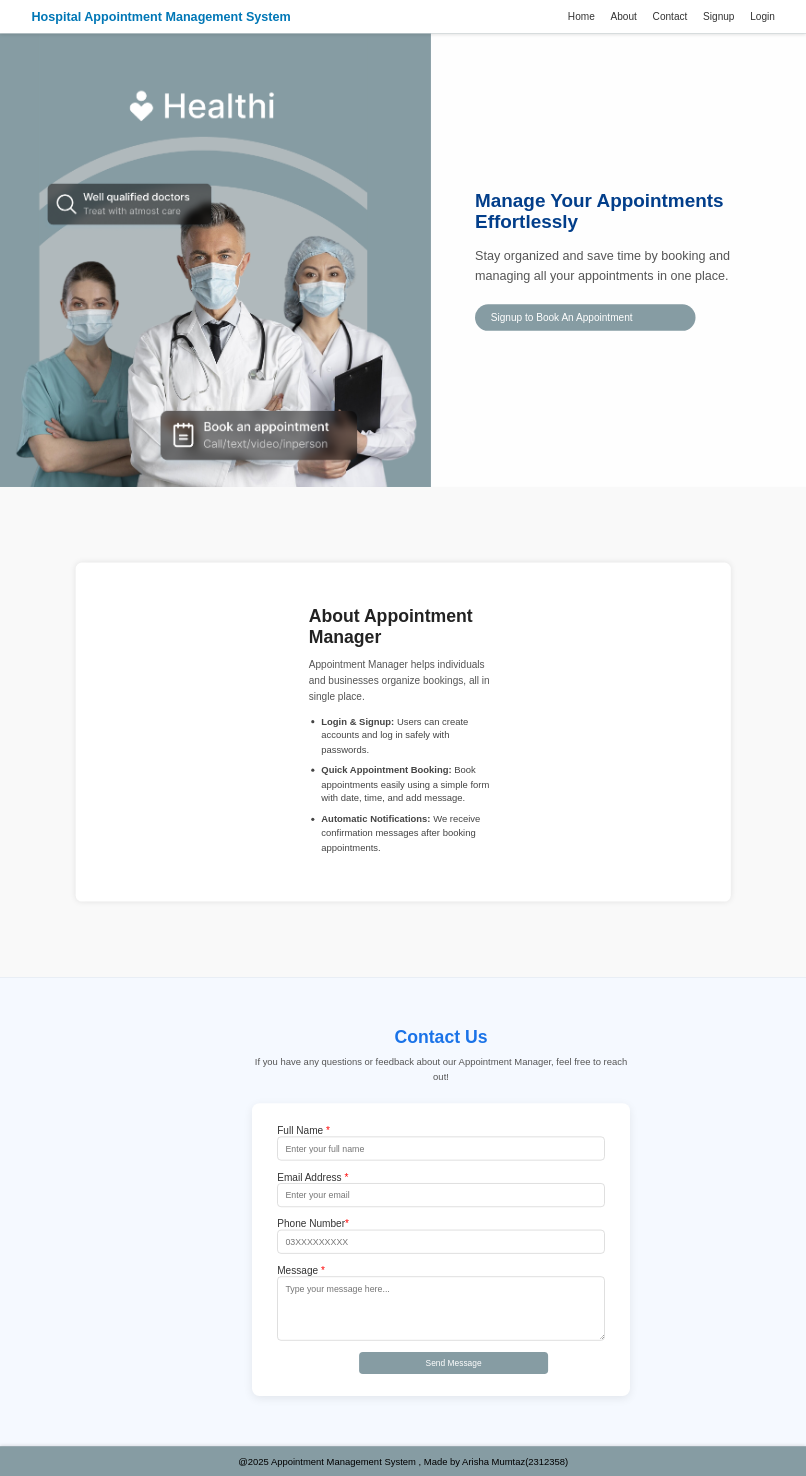
Repository: Arisha004/hospital-management-midterm-
Page: http://localhost/landingpage.html
These files come from the project's save history. The page is drawn as it stood at one moment and after a run of saves; the edit follows.
The browser window is 1280 px wide. The pictures show the whole page, at 63% of full size.
The page is run by PHP 8.4 with error messages shown; the project is at /var/www/html/.

Above is the page before, as saved 2025-11-02 20:41:51.

### landingpage.html

<html>
<head>
  <title>Appointment Management System</title>
  <link rel="stylesheet" href="style.css">
  <style>
  .container1 { width: 22%;margin: 40px auto; background: #fff; padding: 20px; border-radius: 8px; box-shadow: 0 0 10px rgba(0,0,0,0.1); }
  h2 {  color: #007bff; }
    button{
  display: inline-block;
  background-color: #869CA3;
  color: #fff;
  padding: 10px 22px;
  border: none;
  border-radius: 6px;
  cursor: pointer;
  font-weight: 500;
  transition: 0.3s;
   text-align: center;
}


button:hover {
  background-color: #7498a3;
}
a{
  color: white;
  text-decoration: none;
}
  </style>
</head>
<body>
  <header class="navbar">
    <div class="logo">Hospital Appointment Management System</div>
    <nav>
      <ul>
        <li><a href="#landing">Home</a></li>
        <li><a href="about.html">About</a></li>
        <li><a href="contact.html">Contact</a></li>
        <li><a href="signup.php">Signup</a></li>
        <li><a href="login.php">Login</a></li>

      </ul>
    </nav>
  </header>


  <section class="landing">
      <div class="right"></div>
    <div class="left">
      <h1>Manage Your Appointments Effortlessly</h1>
      <p>Stay organized and save time by booking and managing all your appointments in one place.</p>
      <a href="signup.php" class="btn">Signup to Book An Appointment</a>
    </div>

  </section>



  <section id="about" class="about">
    <div class="container about-inner">
      <div class="about-content">
        <h2>About Appointment Manager</h2>
        <p>Appointment Manager helps individuals and businesses organize bookings, all in single place.</p>
        <ul class="features">
              <li><strong> Login & Signup:</strong> Users can create accounts and log in safely with  passwords.</li>
<li><strong>Quick Appointment Booking:</strong> Book appointments easily using a simple form with date, time, and add message.</li>
<li><strong>Automatic Notifications:</strong> We receive confirmation messages after booking appointments.</li>

        </ul>
      </div>
    </div>
  </section>

<section id="contact" class="contact">
    <div class="container contact-inner">
      <h2>Contact Us</h2>
      <p>If you have any questions or feedback about our Appointment Manager, feel free to reach out!</p>

      <form action="insertcontactform.php" method="post" class="contact-form">
        <div class="form-group">
          <label>Full Name <span>*</span></label>
          <input type="text" id="name" name="name" placeholder="Enter your full name" pattern="^[A-Za-z]{3,}( [A-Za-z]+)?$" title="Full name should contain only letters and spaces, and must be at least 3 characters long.">

        </div>

        <div class="form-group">
          <label>Email Address <span>*</span></label>
          <input type="email" id="email" name="email" placeholder="Enter your email" title="Please enter a valid email address, e.g. example@gmail.com." required>
        </div>

        <div class="form-group">
          <label>Phone Number<span>*</span></label>
          <input type="tel" id="phone" name="phone" placeholder="03XXXXXXXXX" required pattern="[0-9]{11}" title="Enter 11-digit number only">
        </div>

        <div class="form-group">
          <label>Message <span>*</span></label>
          <textarea id="message" name="message" rows="5" placeholder="Type your message here..." required  pattern=".*\S.*" minlength="10"  title="Message must be at least 10 characters long.Cannot enter only spaces"></textarea>
        </div>

        <button type="submit" class="btn">Send Message</button>
      </form>
    </div>
</section>



  <footer>
    <p> @2025 Appointment Management System , Made by Arisha Mumtaz(2312358)</p>
  </footer>
</body>
</html>

### style.css

* {
  margin: 0;
  padding: 0;
  font-family: 'Poppins', sans-serif;
}

body {
  background: #869CA3;
  color: #333;
}

.about {
  background-color: #f9f9f9;
  padding: 80px 0; /*80px top & bottom, 0 left & right */
}

.about-image img {

  width: 450px;
  border-radius: 10px;
  box-shadow: 0 4px 15px rgba(0,0,0,0.1);
}

.about-content {
  margin-top: 20px;
  width: 300px;
}

.about-content h2 {
  font-size: 28px;
  color: #1a73e8;
  margin-bottom: 15px;
}

.about-content p {
  font-size: 16px;
  color: #555;
  line-height: 1.6;
  margin-bottom: 20px;
}

.features {
  list-style: none;
  padding: 0;
  margin-bottom: 25px;
}

.features li {
  margin-bottom: 10px;
  color: #444;
  font-size: 15px;
  line-height: 1.5;
}



/* Contact Section */
.contact {
  background-color: #f5f9ff;
  padding: 80px 0;
}

.contact-inner {
  width: 600px;
  margin-left: 400PX;
  text-align: center;
}

.contact h2 {
  font-size: 28px;
  color: #1a73e8;
  margin-bottom: 10px;
}

.contact p {
  color: #555;
  margin-bottom: 30px;
  font-size: 15px;
  line-height: 1.6;
}

.contact-form {
  background-color: #fff;
  padding: 35px 40px;
  border-radius: 12px;
  box-shadow: 0 4px 15px rgba(0,0,0,0.08);
  text-align: left;
}

.form-group {
  margin-bottom: 18px;
}

label {
  font-weight: 500;
  margin-bottom: 6px;
  color: #333;
}

label span {
  color: red;
}

input, textarea {
  width: 100%;
  padding: 10px 12px;
  border: 1px solid #ccc;
  border-radius: 6px;
  font-size: 14px;
}



.contact-form .btn {
  display: inline-block;
  background-color: #869CA3;
  color: #fff;
  padding: 10px 22px;
  border: none;
  border-radius: 6px;
  cursor: pointer;
  font-weight: 500;

  margin-left: 130px;
   text-align: center;
}

.contact-form .btn:hover {
  background-color: #7498a3;
}

/* Navbar */
.navbar {
  display: flex;
  justify-content: space-between;
  align-items: center;
  padding: 15px 50px;
  background: #fff;
  box-shadow: 0 2px 5px rgba(0,0,0,0.1);
  position: sticky;
  top: 0;
  z-index: 10;
}

.navbar .logo {
  font-weight: 700;
  font-size: 20px;
  color: #0077b6;
}

.navbar ul {
  display: flex;
  list-style: none;
}

.navbar ul li a {
  text-decoration: none;
  color: #333;
  margin-left: 25px;
}

.navbar ul li a:hover {
  color: #0077b6;
}

/* Split Landing Section */
.landing {
  display: flex; /*makes .landing a flex container.*/
  height: 100vh;
}


  button{

  display: inline-block;
  background-color: #869CA3;
  color: #fff;
  padding: 10px 22px;
  border: none;
  border-radius: 6px;
  cursor: pointer;
  font-weight: 500;

   text-align: center;
}

button:hover {
  background-color: #7498a3;
}
/* Left Text Section */
.landing .left {
  flex: 1;
  width: 50%;
  display: flex;
  flex-direction: column; /*flex-direction: column; → children stack vertically.*/
  justify-content: center;
  padding: 0 70px; /*adds 70px space on left and right (inner spacing).*/
  background: #fefefe;
}


.landing .left h1 {
  font-size: 30px;
  color: #023e8a;
  margin-bottom: 20px;
}

.landing .left p {
  font-size: 20px;
  color: #555;
  margin-bottom: 30px;
  line-height: 1.6;
}

.btn {
  background: #869CA3;
  color: #fff;
  padding: 12px 25px;
  border-radius: 30px;
  text-decoration: none;
  font-weight: 300;
  transition: 0.3s;
  width: 300px;
}

.btn:hover {
  background: #7498a3;
}

/* Right Image Section */
.landing .right {
  flex: 1.5;
  background:url(images/pic1.png);
  background-repeat: no-repeat;
  background-size: cover;
  position: relative;
}





.form1-container {
  width: 520px;
  margin: 80px auto;
  background: white;
  padding: 20px;
  border-radius: 8px;
  box-shadow: 0 0 5px gray; /*box-shadow: horizontal-offset vertical-offset blur-radius color;*/
/*his shadow is directly behind the element, slightly blurred (5px), and gray in color. No shifting horizontally or vertically*/
}

.form1-container h2 {
  text-align: center;
  color: #333;
}

.form1-container label {
  display: block;
  margin-top: 10px;
  color: #555;
}

.form1-container input {
  width: 100%;
  padding: 8px;
  margin-top: 5px;
  border: 1px solid #ccc;
  border-radius: 4px;
}

.form1-container button {
  width: 100%;
  margin-top: 15px;
  padding: 10px;
  background: #869CA3;
  border: none;
  color: white;
  border-radius: 4px;
  cursor: pointer;
}

.form1-container button:hover {
  background: #7498a3;
}

.form1-container p {
  text-align: center;
  margin-top: 10px;
}

.success {
  text-align: center;
  background: #d4edda;
  color: #155724;
  padding: 8px;
  border-radius: 5px;
  margin: 10px auto;
  width: 320px;
}

.error {
  text-align: center;
  background: #f8d7da;
  color: #721c24;
  padding: 8px;
  border-radius: 5px;
  margin: 10px auto;
  width: 320px;
}

/* Footer */
footer {
  text-align: center;
  padding: 15px;
 background-color:#869CA3;
        color: black;
  box-shadow: 0 -2px 5px rgba(0,0,0,0.1);
  font-size: 15px;

}

/* --- About Section --- */
.container.about-inner {
  display: flex;
  flex-wrap: wrap;
  justify-content: center;
  align-items: center;
  padding: 50px 20px;
  background-color: #fff;
  margin: 40px auto;
  max-width: 1000px;
  border-radius: 10px;
  box-shadow: 0 0 10px rgba(0,0,0,0.1);
}


/* --- About Content --- */
.about-content {
  max-width: 600px;
}

.about-content h2 {
  font-size: 28px;
  margin-bottom: 15px;
  color: #222;
}

.about-content p {
  font-size: 16px;
  line-height: 1.6;
  margin-bottom: 15px;
}

.features {
  list-style-type: disc;
  padding-left: 20px;
}

.features li {
  margin-bottom: 10px;
}

After the next 2 saves:
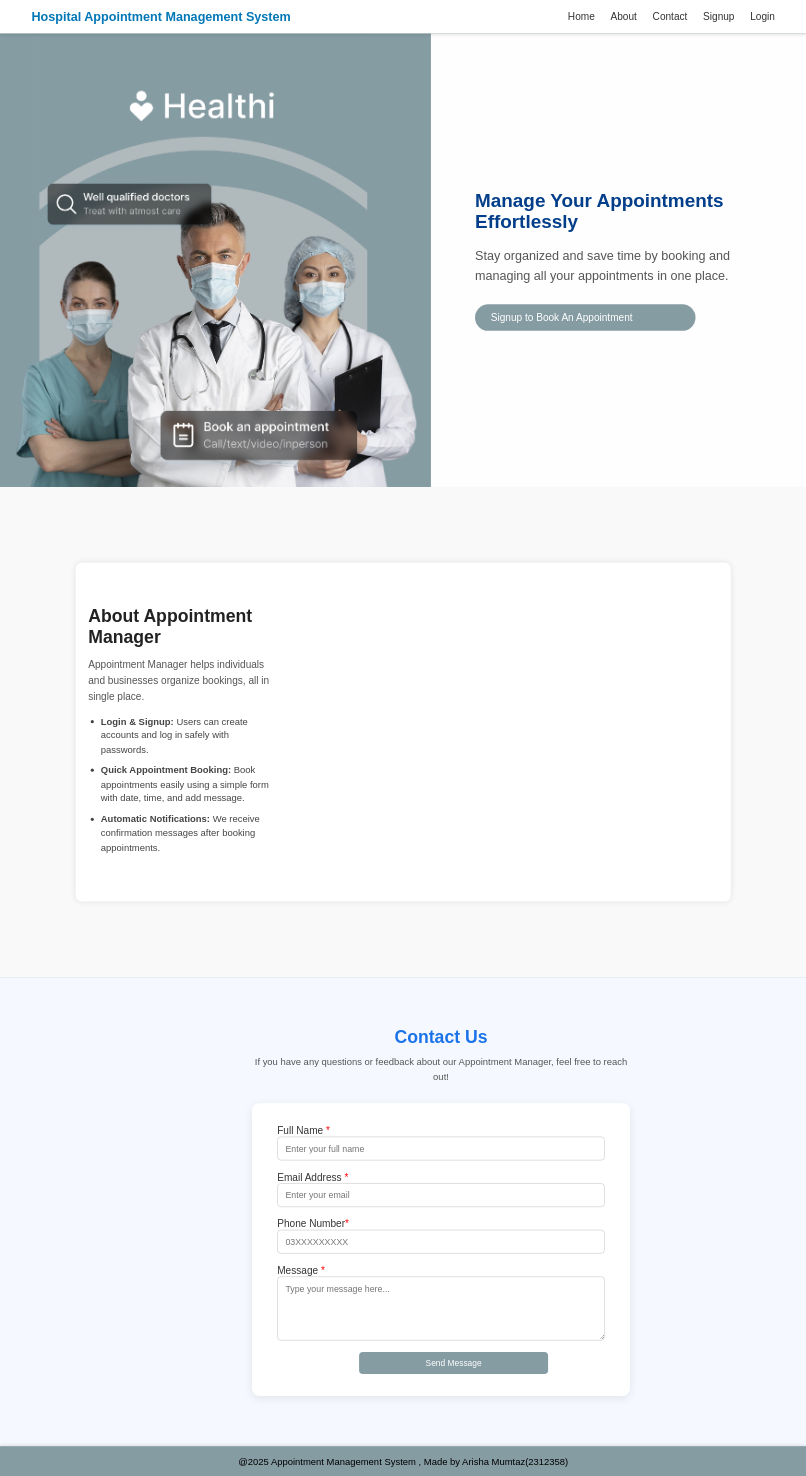
The 2 saves are shown as one change because they came seconds apart.
The last was saved 9 s later.
--- a/style.css
+++ b/style.css
@@ -324,13 +324,10 @@ footer {
 /* --- About Section --- */
 .container.about-inner {
   display: flex;
-  flex-wrap: wrap;
-  justify-content: center;
-  align-items: center;
   padding: 50px 20px;
   background-color: #fff;
   margin: 40px auto;
-  max-width: 1000px;
+  width: 1000px;
   border-radius: 10px;
   box-shadow: 0 0 10px rgba(0,0,0,0.1);
 }
